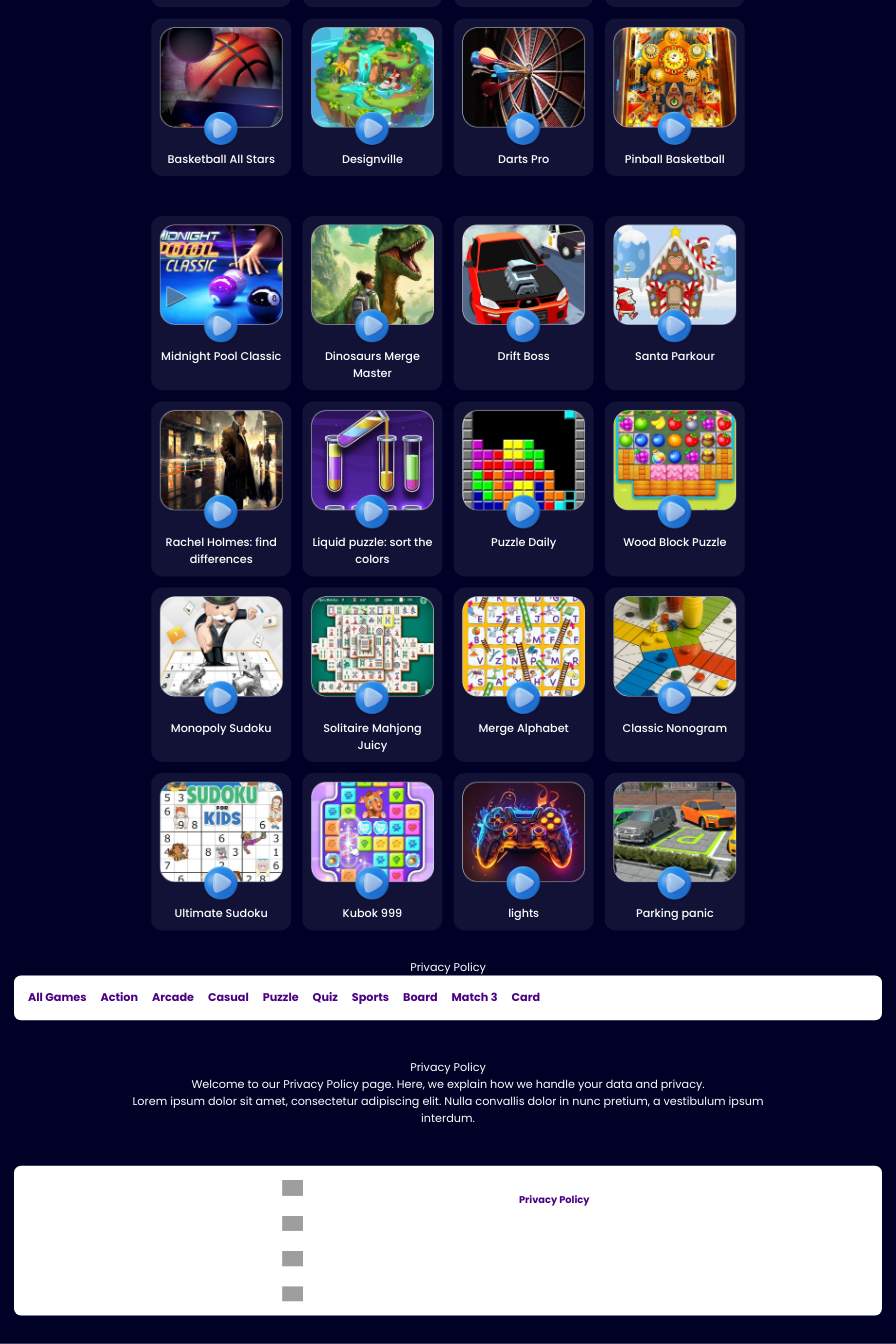
Repository: meenadabhii/jpygames.com
Page: http://localhost/
The author's editor kept a copy of each file at every save. The page is drawn from the files as they stood at one save, then again after a run of saves.
The browser window is 1280 px wide. The pictures show the part of the page from y = 2558 to 4478 px (the page is 4478 px tall before and 4418 px after), at 70% of full size.
Pictures or frames that could not be fetched are drawn as grey boxes. Some web libraries are served in a nearby version. The page is served by the project's Node server (app.js).

Above is the page before, as saved 2025-02-08 10:08:38.
Console error: ReferenceError: googletag is not defined

### nodejs/views/home.ejs
<%- include('header') %>

<main class="max-w-[1024px] m-auto">
    <div class="px-3">
        <div class="px-2">

            <div class="flex flex-wrap justify-center gap-4 pb-10">
                <% for (let i = 0; i < games.length; i++) {
                    const element = games[i];
                    %>
                    <div class="p-3 bg-[#121237] rounded-2xl max-w-[150px] sm:max-w-[200px]">
                        <img src="<%- element.img %>" alt="" class="rounded-xl w-full" loading="lazy">
                        <a href="/game/<%- element.slug %>">
                            <img src="./image/play_button.png" alt="" class="w-[60px] m-auto mt-[-25px]">
                        </a>
                        <div class="text-center text-[#ffffff] font-medium"><%- element.name %></div>
                    </div>
                    <%
                    if(i == 7){
                        %>
                        <div class="p-3 w-full">
                            <div id='div-gpt-ad-1720714168712-0' style='min-width: 336px; '>
                                <script>
                                    googletag.cmd.push(function() { googletag.display('div-gpt-ad-1720714168712-0'); });
                                </script>
                            </div>
                        </div>
                        <%
                    }
                    if(i == 15){
                        %>
                        <div class="p-3 w-full">
                            <div id='div-gpt-ad-1720714228348-0' style='min-width: 336px; '>
                                <script>
                                    googletag.cmd.push(function() { googletag.display('div-gpt-ad-1720714228348-0'); });
                                </script>
                            </div>
                        </div>
                        <%
                    }
                    if(i == 23){
                        %>
                        <div class="p-3 w-full">
                            <div id='div-gpt-ad-1720714287596-0' style='min-width: 336px;'>
                                <script>
                                    googletag.cmd.push(function() { googletag.display('div-gpt-ad-1720714287596-0'); });
                                </script>
                            </div>
                        </div>
                        <%
                    }
                    if(i == 31){
                        %>
                        <div class="p-3 w-full">
                            <div id='div-gpt-ad-1720714417761-0' style='min-width: 300px; min-height: 1px;'>
                                <script>
                                    googletag.cmd.push(function() { googletag.display('div-gpt-ad-1720714417761-0'); });
                                </script>
                            </div>
                        </div>
                        <%
                    }
                    if(i == 39){
                        %>
                        <div class="p-3 w-full">
                            <div id='div-gpt-ad-1720714467600-0' style='min-width: 300px; min-height: 1px;'>
                                <script>
                                    googletag.cmd.push(function() { googletag.display('div-gpt-ad-1720714467600-0'); });
                                </script>
                            </div>
                        </div>
                        <%
                    }
                } %>
            </div>
        </div>
    </div>
</main>

<%- include('footer') %>

### nodejs/views/header.ejs
<!DOCTYPE html>
<html lang="en">
<head>
    <meta charset="UTF-8">
    <meta name="viewport" content="width=device-width, initial-scale=1.0">
    <title>JPV Game</title>
    <script src="https://cdn.tailwindcss.com"></script>

    <link rel="preconnect" href="https://fonts.googleapis.com">
    <link rel="preconnect" href="https://fonts.gstatic.com" crossorigin>
    <link href="https://fonts.googleapis.com/css2?family=Poppins:wght@400;500;600;700;800&display=swap" rel="stylesheet">

    <link href="https://cdn.jsdelivr.net/npm/daisyui@4.10.5/dist/full.min.css" rel="stylesheet" type="text/css" />

    <link rel="icon"  href="/image/logo.png" />


    <!-- <link rel="icon" type="image/png" href="/nodejs/public/image/logo.png"> -->




    <!-- ads -->
    <script async src="https://securepubads.g.doubleclick.net/tag/js/gpt.js"></script>

    <!-- Google tag (gtag.js) -->
    <script async src="https://www.googletagmanager.com/gtag/js?id=G-5GJYH51WPM"></script>


    <style>
        *{
            font-family: "Poppins", sans-serif;
        }

        #loading-screen {
            position: fixed;
            top: 0;
            left: 0;
            width: 100%;
            height: 100%;
            background-color: #010127;
            display: flex;
            justify-content: center;
            align-items: center;
            z-index: 9999;
            transition: opacity 0.5s ease;
            flex-direction: column;
        }
        #loading-screen.hidden {
            opacity: 0;
            pointer-events: none;
        }
        .spinner {
            border: 4px solid rgba(0, 0, 0, 0.1);
            border-top: 4px solid #333;
            border-radius: 50%;
            width: 40px;
            height: 40px;
            animation: spin 1s linear infinite;
        }
        @keyframes spin {
            0% { transform: rotate(0deg); }
            100% { transform: rotate(360deg); }
        }
    </style>

</head>
<body class="bg-[#010127]">
    <input id="my-drawer" type="checkbox" class="drawer-toggle" />
    <div class="py-3 flex px-3 place-items-center">
        <div class="drawer-content">
            <label for="my-drawer" class="cursor-pointer">
                <svg width="27" height="29" viewBox="0 0 27 29" fill="none" xmlns="http://www.w3.org/2000/svg">
                    <path d="M1.02857 11.6293H21.6C21.8728 11.6293 22.1344 11.5009 22.3273 11.2724C22.5202 11.0439 22.6286 10.7339 22.6286 10.4107C22.6286 10.0875 22.5202 9.77754 22.3273 9.54901C22.1344 9.32047 21.8728 9.19208 21.6 9.19208H1.02857C0.755777 9.19208 0.494156 9.32047 0.301261 9.54901C0.108367 9.77754 0 10.0875 0 10.4107C0 10.7339 0.108367 11.0439 0.301261 11.2724C0.494156 11.5009 0.755777 11.6293 1.02857 11.6293Z" fill="white"/>
                    <path d="M0 1.74463C7.27101e-05 2.06781 0.108463 2.37772 0.301342 2.60624C0.494221 2.83476 0.7558 2.96318 1.02857 2.96326H25.7143C25.9871 2.96326 26.2487 2.83487 26.4416 2.60633C26.6345 2.3778 26.7429 2.06783 26.7429 1.74463C26.7429 1.42143 26.6345 1.11147 26.4416 0.882929C26.2487 0.654392 25.9871 0.526001 25.7143 0.526001H1.02857C0.7558 0.526087 0.494221 0.654506 0.301342 0.883025C0.108463 1.11154 7.27101e-05 1.42146 0 1.74463Z" fill="white"/>
                    <path d="M1.02857 20.2946H18.8571C19.1299 20.2946 19.3916 20.1662 19.5845 19.9377C19.7773 19.7092 19.8857 19.3992 19.8857 19.076C19.8857 18.7528 19.7773 18.4428 19.5845 18.2143C19.3916 17.9858 19.1299 17.8574 18.8571 17.8574H1.02857C0.755777 17.8574 0.494156 17.9858 0.301261 18.2143C0.108367 18.4428 0 18.7528 0 19.076C0 19.3992 0.108367 19.7092 0.301261 19.9377C0.494156 20.1662 0.755777 20.2946 1.02857 20.2946Z" fill="white"/>
                    <path d="M1.02857 28.9607H14.7429C15.0157 28.9607 15.2773 28.8323 15.4702 28.6038C15.6631 28.3752 15.7714 28.0653 15.7714 27.7421C15.7714 27.4189 15.6631 27.1089 15.4702 26.8804C15.2773 26.6518 15.0157 26.5234 14.7429 26.5234H1.02857C0.755777 26.5234 0.494156 26.6518 0.301261 26.8804C0.108367 27.1089 0 27.4189 0 27.7421C0 28.0653 0.108367 28.3752 0.301261 28.6038C0.494156 28.8323 0.755777 28.9607 1.02857 28.9607Z" fill="white"/>
                </svg>
            </label>
        </div>
        <a href="/" class="w-full"><img src="/image/logo.png" class="w-[150px] m-auto"></a>
    </div>
    <div class="drawer-side">
        <label for="my-drawer" aria-label="close sidebar" class="drawer-overlay"></label>
        <ul class="menu p-4 w-80 min-h-full bg-base-200 text-base-content bg-[#02001e7d] backdrop-blur-lg text-[#fff] max-[350px]:w-auto">
            <label class="ml-auto cursor-pointer" for="my-drawer" aria-label="close sidebar">
                <svg width="18" height="18" viewBox="0 0 18 18" fill="#ffffff" xmlns="http://www.w3.org/2000/svg">
                    <path d="M10.1665 9.00805L17.762 1.43822C18.0793 1.11791 18.0793 0.598995 17.762 0.278681C17.4503 -0.0473594 16.9355 -0.0571515 16.6118 0.256802L9.01628 7.82663L1.51839 0.256802C1.36467 0.0928811 1.15078 0 0.927025 0C0.703266 0 0.489378 0.0928811 0.335658 0.256802C0.0543006 0.566276 0.0543006 1.04123 0.335658 1.35071L7.83354 8.9096L0.238001 16.4685C-0.0793336 16.7888 -0.0793336 17.3077 0.238001 17.628C0.389074 17.784 0.596845 17.871 0.813092 17.8687C1.03351 17.8867 1.25202 17.8159 1.42074 17.6718L9.01628 10.102L16.6118 17.7593C16.7629 17.9153 16.9707 18.0022 17.1869 18C17.4029 18.001 17.6102 17.9142 17.762 17.7593C18.0793 17.439 18.0793 16.9201 17.762 16.5998L10.1665 9.00805Z" fill="#ffffff"/>
                </svg>
            </label>
            <li class="mx-auto">
                <a href="/" class="w-full"><img src="/image/logo.png" class="w-[150px] m-auto"></a>
            </li>
            <li>
                <hr class="rounded-none">
            </li>
            <li>
                <a href="/">
                    <img src="/icon/home.png" alt="home" class="w-[40px]">
                    <label>Home</label>
                </a>
            </li>
            <li>
                <a href="/category/action">
                    <img src="/icon/home.png" alt="home" class="w-[40px]">
                    <label>Action</label>
                </a>
            </li>
        </ul>
    </div>

### nodejs/views/footer.ejs
<div id="loading-screen">
    <img src="/image/logo.png" alt="loding logo">
    <div class="spinner"></div>
</div>
<a href="/privacy-policy.html">Privacy Policy</a>
<script>
    window.addEventListener('load', function(){
        const loadingScreen = document.getElementById('loading-screen');
        loadingScreen.classList.add('hidden');
    });
</script>
<div class="px-3">
    <div class="px-2">
        <div class="flex flex-wrap justify-center gap-4 pb-10">
            <title>Privacy Policy</title>
    <style>
        body {
            background-color: #0B0D21;
            color: white;
            font-family: Arial, sans-serif;
            text-align: center;
        }
        .container {
            width: 80%;
            margin: auto;
            padding: 20px;
        }
        .navbar {
            background: white;
            padding: 10px;
            border-radius: 10px;
            margin-bottom: 20px;
        }
        .navbar a {
            color: #4B0082;
            text-decoration: none;
            margin: 0 10px;
            font-weight: bold;
        }
        .footer {
            background: white;
            padding: 10px;
            border-radius: 10px;
            margin-top: 20px;
        }
        .footer a {
            color: #4B0082;
            text-decoration: none;
            font-weight: bold;
        }
        .social-icons img {
            width: 30px;
            margin: 10px;
        }
    </style>
</head>
<body>
    <div class="navbar">
        <a href="#">All Games</a>
        <a href="#">Action</a>
        <a href="#">Arcade</a>
        <a href="#">Casual</a>
        <a href="#">Puzzle</a>
        <a href="#">Quiz</a>
        <a href="#">Sports</a>
        <a href="#">Board</a>
        <a href="#">Match 3</a>
        <a href="#">Card</a>
    </div>

    <div class="container">
        <h1>Privacy Policy</h1>
        <p>Welcome to our Privacy Policy page. Here, we explain how we handle your data and privacy.</p>
        <p>Lorem ipsum dolor sit amet, consectetur adipiscing elit. Nulla convallis dolor in nunc pretium, a vestibulum ipsum interdum.</p>
    </div>

    <div class="footer">
        <p>Follow Us</p>
        <div class="social-icons">
            <img src="facebook.png" alt="Facebook">
            <img src="instagram.png" alt="Instagram">
            <img src="twitter.png" alt="Twitter">
            <img src="linkedin.png" alt="LinkedIn">
        </div>
        <p>Copyright &copy; 2025 GamesDonut | <a href="#">Privacy Policy</a></p>
    </div>
</body>
</div>
</div>
</div>

</body>
</html>

### nodejs/app.js

const express = require('express')
const app = express()
const port = 6600
const ejs = require('ejs')
const path = require('path')
const fs = require('fs')

app.use(express.static('public'))
app.set('views', path.join(__dirname,'/views'))
app.set('view engine', 'ejs')

const games = JSON.parse(fs.readFileSync('./game.json','utf-8'));

app.use(express.static(path.join(__dirname, 'public')));

app.get('/privacy-policy.html', (req, res) => {
    res.sendFile(path.join(__dirname, 'views', 'privacy-policy.html'));
});

app.get('/', (req, res) => {
    return res.render('home',{games});
})

app.get('/game/:name', (req, res) => {
    const find = games.filter(i => i.slug == req.params.name);
    const newdata = [...Array(8)].map(i => games[(Math.floor(Math.random() * games.length))]);

    if (!find.length) {
        return res.send('404')
    }
    return res.render('singel',{data:find[0], newdata});
})

app.get('/category/:name', (req, res) => {
    const find = games.filter(i => i.type == req.params.name);
    if (!find.length) {
        return res.send('404')
    }
    return res.render('category',{data:find});
})

app.get('/game/:name/play', (req, res) => {
    const find = games.filter(i => i.slug == req.params.name);
    if (!find.length) {
        return res.send('404')
    }
    return res.render('play',{data:find[0]});
})

app.listen(port, () => {
    console.log(`Example app listening on port ${port}`)
})

Loaded but not shown: nodejs/game.json (401 lines, source omitted)

After the next 2 saves:
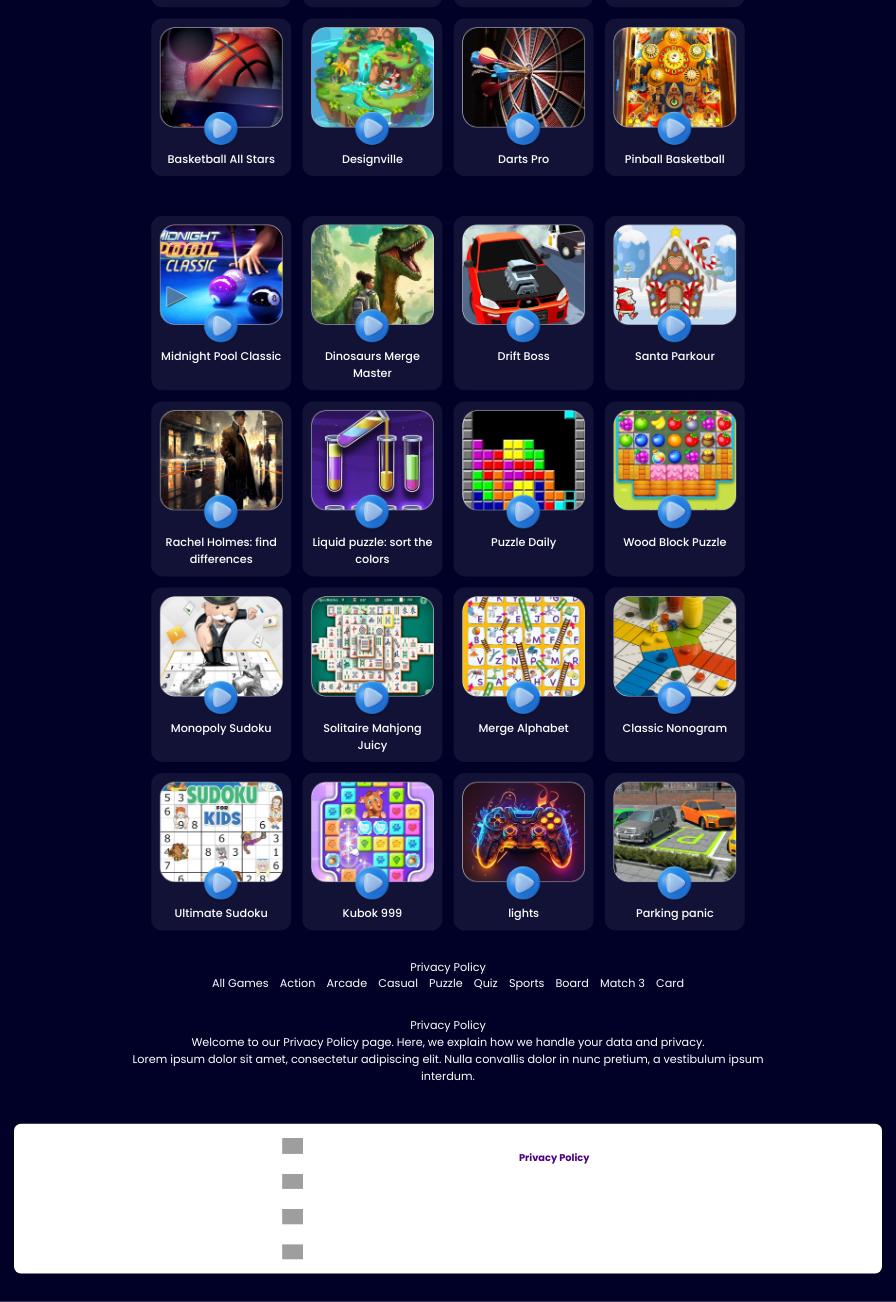
The 2 saves are shown as one change because they came seconds apart.
The last was saved 32 s later.
--- a/nodejs/views/footer.ejs
+++ b/nodejs/views/footer.ejs
@@ -55,7 +55,7 @@
     </style>
 </head>
 <body>
-    <div class="navbar">
+
         <a href="#">All Games</a>
         <a href="#">Action</a>
         <a href="#">Arcade</a>
@@ -66,7 +66,7 @@
         <a href="#">Board</a>
         <a href="#">Match 3</a>
         <a href="#">Card</a>
-    </div>
+
 
     <div class="container">
         <h1>Privacy Policy</h1>
